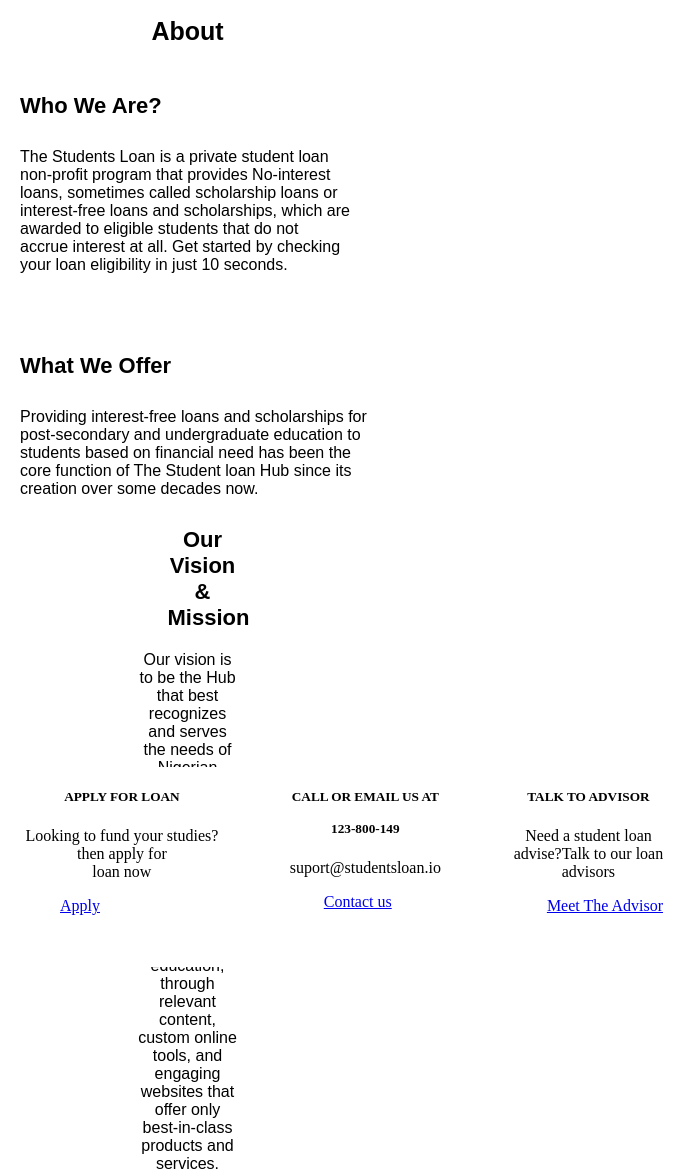
Repository: Tobby004/basic-loanweb
Page: about.html
An editor plug-in stored every save of this project. The page is shown before and after the next save, followed by the edit.
The browser window is 375 px wide. The page is 690 px wide, so the pictures cover 690 px, including what lies to the right of the window. The pictures show the whole page.

Above is the page before, as saved 2023-07-05 09:07:48.

### about.html
<!DOCTYPE html>
<html lang="en">
<head>
    <meta charset="UTF-8">
    <meta http-equiv="X-UA-Compatible" content="IE=edge">
    <meta name="viewport" content="width=device-width, initial-scale=1.0">
    <title>About</title>
    <link rel="stylesheet" href="about.css">
</head>
<body>
    <h1>About</h1>
    <div class="container">
    <div class="box-1">
        <h4>Who We Are?</h4>
        <p>The Students Loan is a private student loan non-profit program that provides No-interest loans, sometimes called scholarship loans or interest-free loans and scholarships, which are awarded to eligible students that do not accrue interest at all. Get started by checking your loan eligibility in just 10 seconds.</p>
    </div>
    <div class="box-2">
        <h4>What We Offer</h4>
        <p>Providing interest-free loans and scholarships for post-secondary and undergraduate education to students based on financial need has been the core function of The Student loan Hub since its creation over some decades now.</p>
    </div>
    </div>
    <div class="box">
        <h4>Our Vision & Mission</h4>
        <p>Our vision is to be the Hub that best recognizes and serves the needs of Nigerian students. We strive to provide students world-class resources to help them investigate and pursue their education, through relevant content, custom online tools, and engaging websites that offer only best-in-class products and services.</p>
    </div>
    <div class="contact-box">

        <div class="cob-1">
       <h5>APPLY FOR LOAN</h5>
       <p>Looking to fund your studies? <br> then apply for <br> loan now</p>
       <a href="#">Apply</a>
        </div>
        <div class="cob-2">
         <h5>CALL OR EMAIL US AT <br><br>123-800-149</h5>
         <p>suport@studentsloan.io</p>
         <a href="#">Contact us</a>
        </div>
        <div class="cob-3">
         <h5>TALK TO ADVISOR</h5>
         <p>Need a student loan <br> advise?Talk to our loan advisors</p>
         <a href="#">Meet The Advisor</a>
        </div>
    </div>
</body>
</html>

### about.css
*{
    box-sizing: border-box;
}
body {
    margin: 0;
    background: #ffffff;

}

h1 {
    text-align: center;
    font-size: 25px;
    font-family: sans-serif;
}
.container {
    margin: auto;
    display: flex;
    justify-content: space-between;
    height: 300px;
    width: 800px;
    background: #ffffff;
}
.box-1{
  margin-top: 30px;
  height: 230px;
  width: 350px;
  background: white;
}
.box-2{
  margin-top: 30px;
  height: 230px;
  width: 380px;
  background: #ffffff;
}
.container h4 {
    font-size: 22px;
    margin-left: 20px;
    font-family: sans-serif;
}
.container p {
    margin-left: 20px;
    font-family: sans-serif;
}
.box{
    margin: auto;
    height: 220px;
    width: 570px;
    background: #ffffff;
}
.box h4 {
    margin-bottom:20px;
    text-align: center;
    font-size: 22px;
    margin-left: 30px;
    font-family: sans-serif;
}
.box p {
    text-align: center;
    font-family: sans-serif;
}
.contact-box{
    display:flex ;
    gap: 20px;
    justify-content: space-between;
    margin: auto;
    height: 400px;
    width: 690px;
    background: #ffffff;
}
.contact-box h3 {
    text-align: center;
}
.contact-box p {
    text-align: center;
}
.cob-1 {
    margin-top: 20px;
    height: 200px;
    width: 300px;
    background: white;
    border-radius: 9px;
}
.cob-2 {
    margin-top: 20px;
    height: 200px;
    width: 250px;
    background: white;
    border-radius: 9px;
}
.cob-3 {
    margin-top: 20px;
    height: 200px;
    width: 250px;
    background: white;
    border-radius: 9px;
}
.contact-box h5 {
    text-align: center;
}
.contact-box a {
    margin-left: 60px;
}
@media only screen and (max-width:400px) {
    .container {
        display: inline-block;
        width: 200px;
    }
    box-1{
        margin-top: 30px;
        height: 230px;
        background: white;
      }
      box-2{
        margin-top: 30px;
        height: 230px;
        background: white;
      }
      .box {
        display: block;
        width: 100px;
      }

}

After the next save:
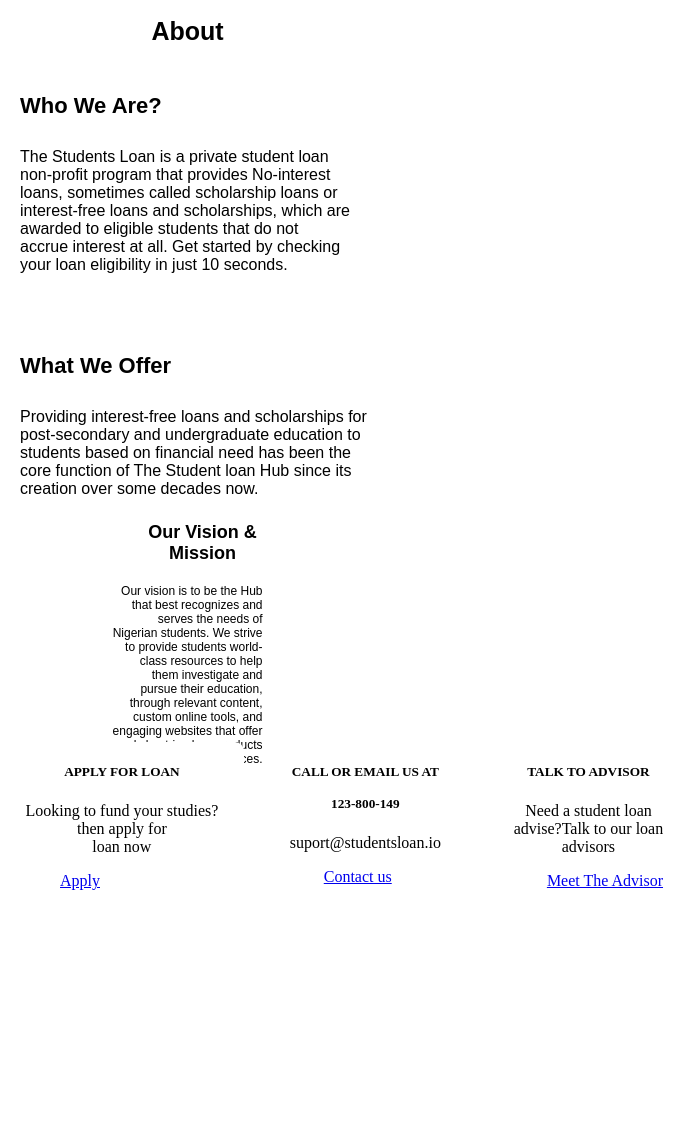
Saved 2 min 33 s later.
--- a/about.css
+++ b/about.css
@@ -103,7 +103,7 @@ h1 {
 @media only screen and (max-width:400px) {
     .container {
         display: inline-block;
-        width: 200px;
+        width: 150px;
     }
     box-1{
         margin-top: 30px;
@@ -117,7 +117,15 @@ h1 {
       }
       .box {
         display: block;
-        width: 100px;
+        width: 150px;
+        height: 200px;
       }
+  .box h4 {
+    font-size: 18px;
+  }
+  .box p {
+    font-size: 12px;
+    text-align: right;
+  }
 
 }
